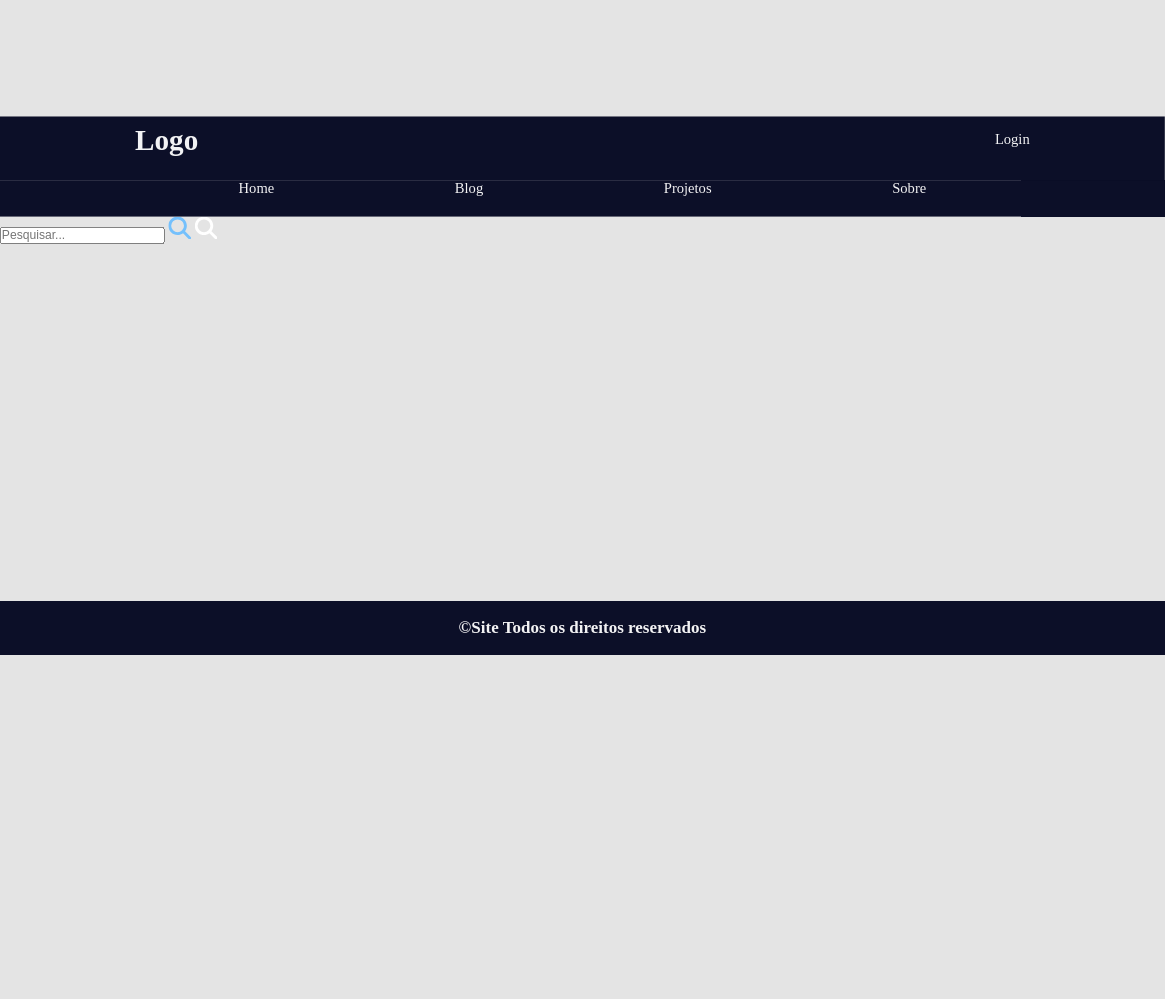
Repository: SauloMorais01/mysitefront-end
Page: src/pages/blog.html
The author's editor kept a copy of each file at every save. The page is drawn from the files as they stood at one save, then again after the next save.
The browser window is 1280 px wide. The pictures show the whole page, at 91% of full size.
Some web libraries are served in a nearby version.

Above is the page before, as saved 2024-11-03 12:44:25.

After the next save:
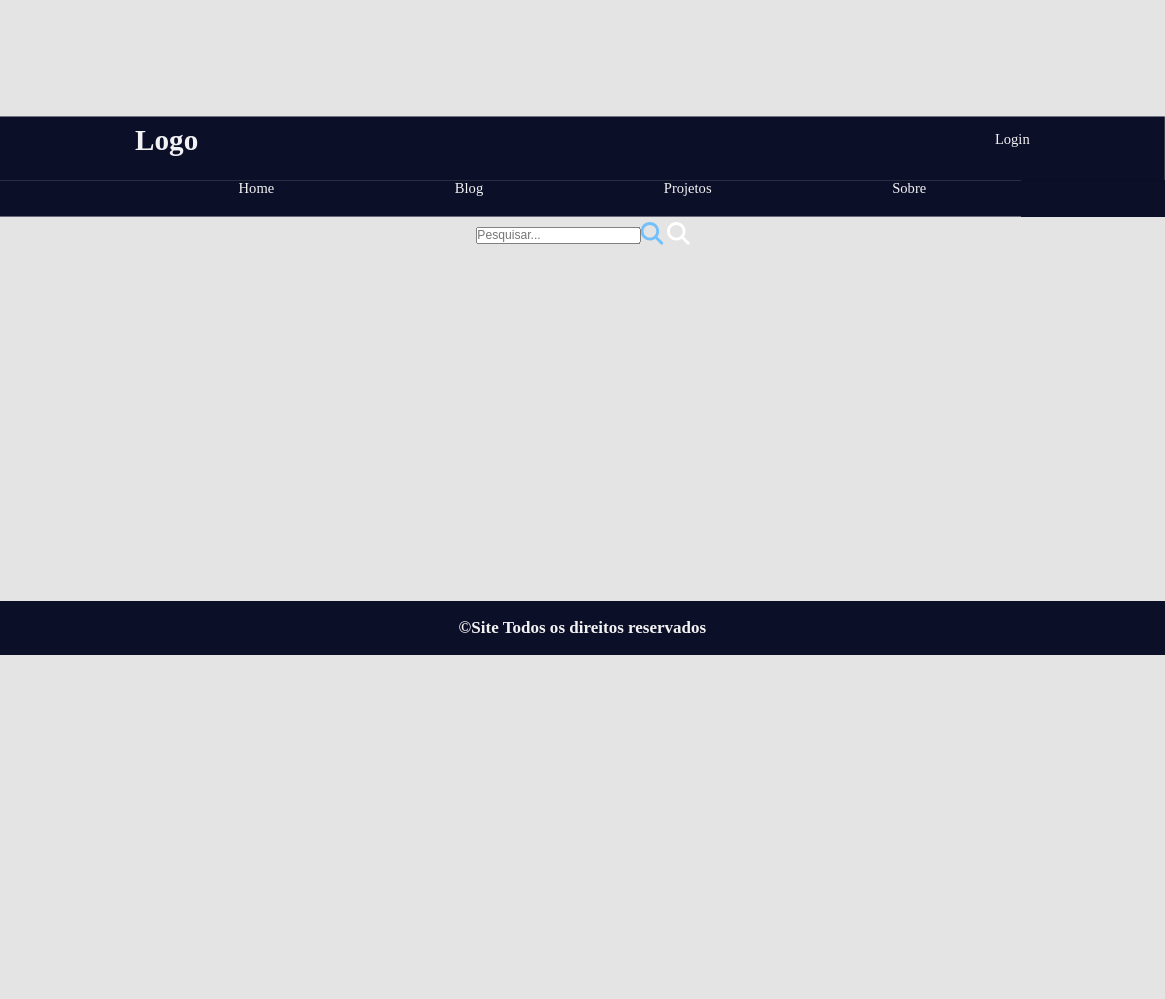
Saved 24 s later.
--- a/src/css/style.css
+++ b/src/css/style.css
@@ -158,14 +158,15 @@ footer h3 {
 
 /* Search area */
 .search-item {
+
+    z-index: -100;
+}
+
+.search-box {
     position: relative;
     display: flex;
     width: 100vw;
     height: 40px;
-    z-index: -100;
-}
-
-.search-box {
     justify-content: center;
     align-items:center;
 }
